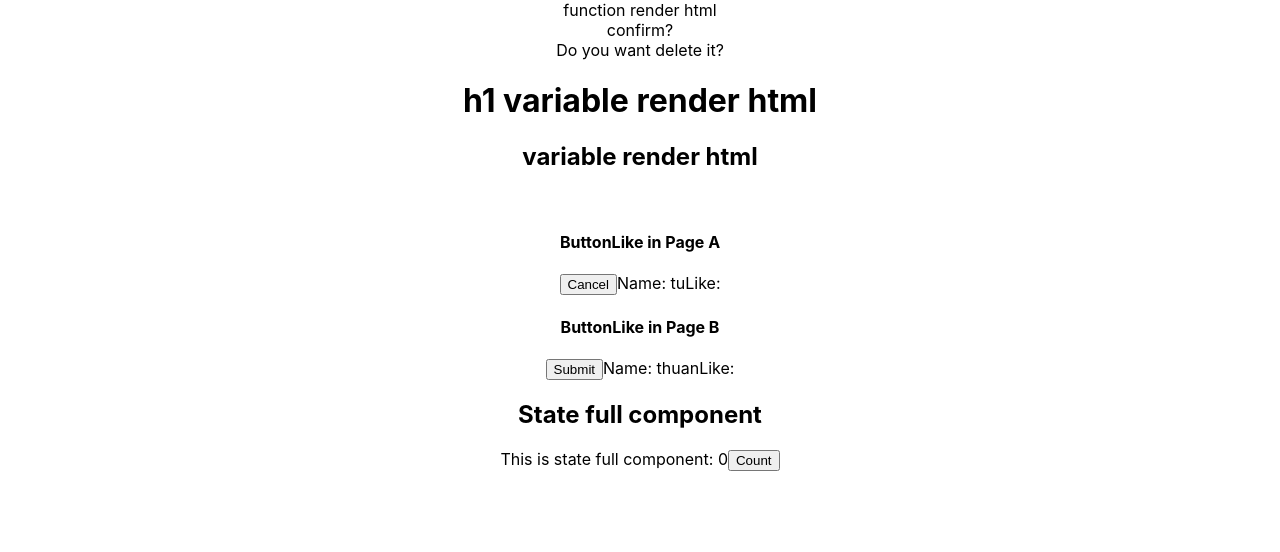
Repository: HoangTu18/reactjs-exercise
Page: /
An editor plug-in stored every save of this project. The page is shown before and after a run of saves, followed by the edit.
The browser window is 1280 px wide. The pictures show the whole page.
The project was rebuilt for these pictures with package versions that can differ from the ones it lists, and the page was loaded fresh each time.

Above is the page before, as saved 2022-05-21 10:11:09.

### src/App.js
import "./App.css";
import ButtonLike from "./components/ButtonLike";
import TitleSimple from "./components/TitleSimple";
import StateFullComponent from "./components/StateFullComponent";
function App() {
  const isLoading = true;
  // varible render html
  const ele1 = (
    <div>
      <h1>h1 variable render html</h1>
      <h2> variable render html</h2>
    </div>
  );
  return (
    <div className="App">
      <div>function render html</div>
      {isLoading ? <TitleSimple /> : "123"}
      {ele1}
      <br />
      <h4> ButtonLike in Page A</h4>
      <ButtonLike
        text="Cancel"
        type="button"
        className="buttonA"
        onClick={() => {
          console.log("buttonA");
        }}
        name="tu"
      />
      <h4> ButtonLike in Page B</h4>
      <ButtonLike
        type="submit"
        className="buttonB"
        onClick={() => {
          console.log("buttonB");
        }}
        name="thuan"
      />
      <h2>State full component</h2>
      <StateFullComponent />
    </div>
  );
}

export default App;

### src/components/ButtonLike.jsx
import React from "react";

ButtonLike.propTypes = {};

function ButtonLike({ text = "Submit", name, todoItem, like, ...props }) {
  return (
    <div>
      <button {...props}>{text}</button>
      Name: {name}
      {todoItem && (
        <div>
          <h6>Todo item</h6>
          Todo title: {todoItem?.title}
          Todo price: {todoItem?.price}
        </div>
      )}
      Like: {like}
      <br />
    </div>
  );
}

export default ButtonLike;

### src/components/TitleSimple.jsx
import React from "react";

TitleSimple.propTypes = {};

function TitleSimple(props) {
  return (
    <div>
      confirm? <br />
      Do you want delete it?
    </div>
  );
}

export default TitleSimple;

### src/components/StateFullComponent.jsx
import React from "react";

StateFullComponent.propTypes = {};

function StateFullComponent(props) {
  const [count, setCount] = React.useState(0);
  return (
    <div>
      This is state full component: {count}
      <button
        type="button"
        onClick={() => {
          setCount((prevState) => prevState + 1);
        }}
      >
        Count
      </button>
    </div>
  );
}

export default StateFullComponent;

### src/pages/StateObject.jsx
import React, { useState } from "react";

stateObject.propTypes = {};

function stateObject(props) {
  const [messObj, setMessObj] = useState({
    mess: "",
  });
  console.log("messObj: ", messObj);
  return (
    <div>
      StateObject <br />
      <input
        type="text"
        value={messObj.mess}
        onChange={(e) => {
          //   messObj.mess = e.target.value;
          //   setMessObj(messObj);
          const val = e.target.value;
          setMessObj((prevState) => {
            return {
              ...prevState,
              mess: val,
            };
          });
        }}
      />
    </div>
  );
}

export default stateObject;

Loaded but not shown: public/index.html (common file); src/index.js (common file); src/index.css (common file); src/reportWebVitals.js (common file); src/App.css (common file)

After the next 3 saves:
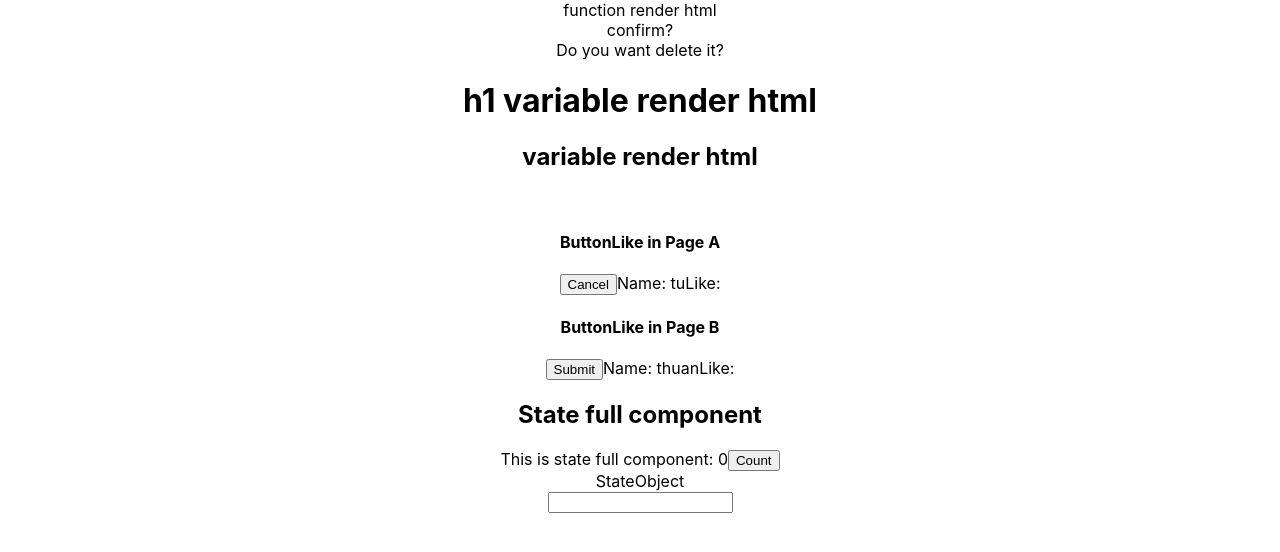
The 3 saves are shown as one change because 2 did not build or start.
The last was saved 90 s later.
--- a/src/App.js
+++ b/src/App.js
@@ -2,6 +2,7 @@ import "./App.css";
 import ButtonLike from "./components/ButtonLike";
 import TitleSimple from "./components/TitleSimple";
 import StateFullComponent from "./components/StateFullComponent";
+import StateObject from "./pages/StateObject";
 function App() {
   const isLoading = true;
   // varible render html
@@ -38,6 +39,7 @@ function App() {
       />
       <h2>State full component</h2>
       <StateFullComponent />
+      <StateObject />
     </div>
   );
 }
